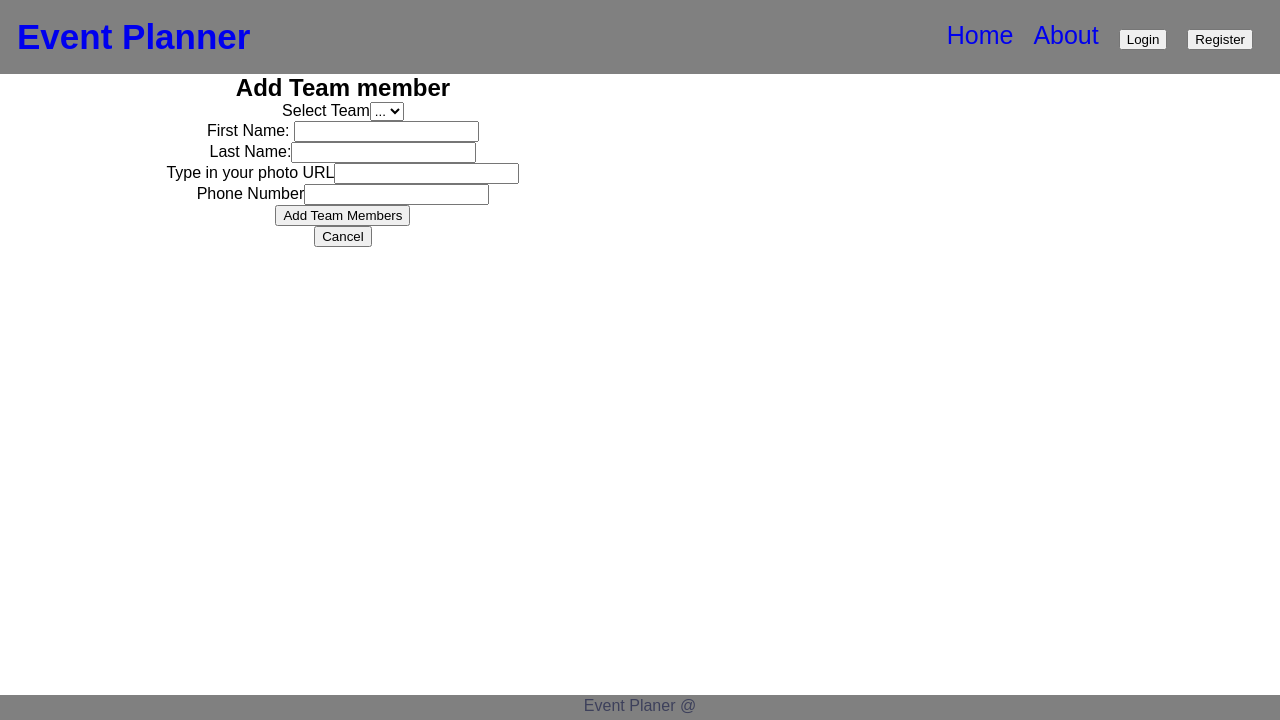
Repository: mhyder1/planner-client
Page: /add-team-member
The author's editor kept a copy of each file at every save. The page is drawn from the files as they stood at one save, then again after the next save.
The browser window is 1280 px wide. The pictures show the whole page.
The page's requests for data from a server got no answer. The project was rebuilt for these pictures with package versions that can differ from the ones it lists, and the page was loaded fresh each time. No one was signed in, and anything a server would have sent is missing. Also part of the build but not shown: src/Components/About/About.js, src/Services/AuthAPIService.js, src/Components/Login/Login.js, src/Components/Register/Register.js, src/Components/Header/Header.js, src/Components/Features/Features.js, src/DummyStore/DummyStore.js, src/Components/ProfilePic/ProfilePic.js and 11 more.

Above is the page before, as saved 2021-01-19 18:19:52.

### src/index.js
import React from 'react';
import ReactDOM from 'react-dom';
import App from './App';
import { BrowserRouter } from "react-router-dom";


ReactDOM.render(
  <BrowserRouter>
    <App />
  </BrowserRouter>,
  document.getElementById('root')
);

### src/App.js
import React from "react";
import { Route } from "react-router-dom";
import "./App.css";

import Nav from "./Components/Nav/Nav";
import About from "./Components/About/About";
import Login from "./Components/Login/Login";
import Register from "./Components/Register/Register";
import Header from "./Components/Header/Header";
import Features from "./Components/Features/Features";
import Footer from "./Components/Footer/Footer";
import ProfilePic from "./Components/ProfilePic/ProfilePic";
import EventsList from "./Components/EventsList/EventsList";
import TeamEventsList from "./Components/TeamEventsList/TeamEventsList";
import Event from "./Components/Event/Event";
import EditEvent from "./Components/EditEvent/EditEvent";
import TeamList from "./Components/TeamList/TeamList";
import AddTeamMember from "./Components/AddTeamMember/AddTeamMember";
import CalendarView from "./Components/Calendar/Calendar";
import AddEvent from "./Components/AddEvent/AddEvent";
import TokenService from "./Services/TokenService";
import config from  "./Config/Config"
import AddTeam from "./Components/AddTeam/AddTeam"
import ProfileContactInfo from "./Components/ProfileContactInfo/ProfileContactInfo"
import TeamMember from "./Components/TeamMember/TeamMember";

export default class App extends React.Component {
  state = {
    isLoggedIn: false,
    events: [],
    user: {
      user_id: "",
      email: "",
      firstName: "",
    },
    teams: [],
    teamMembers: [],
  };

  setUser = (user) => {
    this.setState({
      user: {
        user_id: user.id,
        email: user.email,
        firstName: user.first_name,
      },
    });
  };

  createTeam = (newTeam) => {
    this.setState({
      teams: newTeam,
    });
  };

  setUserTeams = (teams) => {
    this.setState({
      teams: teams,
    });
  };

  setUserTeamMembers = (tmembers) => {
    this.setState({
      teamMembers: tmembers,
    });
  };

  createEvent = (event) => {
    this.setState({
      events: [...this.state.events, event],
    });
  };

  updateEvent = (updatedEvent) => {
    this.setState({
      events: this.state.events.map((e) =>
        e.id !== updatedEvent.id ? e : updatedEvent
      ),
    });
  };

  // Gets events created by you
  setUserEvents = (events) => {
    this.setState({
      events: events,
    });
  };

  // Gets events for teams you're a team member of
  setTeamMemberEvents = (events) => {
    this.setState({
      events: [...this.state.events, ...events],
    });
  };

   deleteEvent = (eventId) => {
     const newEvents = this.state.events.filter((event) => event.id !== eventId);
     this.setState({
       events:newEvents,
     })
   }

  handleLogin = () => {
    this.setState({
      isLoggedIn: true,
    });
  };

  handleLogout = () => {
    TokenService.clearAuthToken();
    this.setState({
      events: [],
      team: [],
    });
  };

  componentDidMount() {
    fetch(`${config.REACT_APP_API_BASE_URL}/events`)
    .then((res) => res.json())
    .then((events) => this.setState({events}));

    fetch(`${config.REACT_APP_API_BASE_URL}/teams`)
    .then((res) => res.json())
    .then((teams) => this.setState({teams}));
  }

  render() {
    return (
      <div className="App">
        <Route
          path="/"
          render={(props) => (
            <Nav {...props} {...this.state} handleLogout={this.handleLogout} />
          )}
        />

        <Route exact path="/" component={Header} />
        <Route exact path="/about" component={About} />
        <Route
          exact
          path="/login"
          render={(props) => (
            <Login {...props} handleLogin={this.handleLogin} />
          )}
        />

        <Route exact path="/register" component={Register} />
        <main>
          <section className="main-dashboard">
            <Route exact path="/dashboard" component={ProfilePic} />
             <Route
              exact
              path="/dashboard"
              render={(props) => (
                <ProfileContactInfo
                   {...props}
                  {...this.state}
                   setUserEvents={this.setUserEvents}
                   setTeamMemberEvents={this.setTeamMemberEvents}
                    setUser={this.setUser}
                  setUserTeams={this.setUserTeams}
                  setUserTeamMembers={this.setUserTeamMembers}
               />
             )}
            />
          </section>
          <section className="main-events">
            <Route
              exact
              path={["/events", "/events/:id", "/add-event"]}
              render={(props) => <EventsList {...props} {...this.state} />}
            />
            <Route
              exact
              path={["/tm-events", "/tm-events/:id"]}
              render={(props) => <TeamEventsList {...props} {...this.state} />}
            />
            <Route
              exact
              path={["/events", "/events/:id", "/tm-events", "/tm-events/:id"]}
              render={(props) =>
              <Event
              {...props}
              deleteEvent={this.deleteEvent}
              {...this.state} />}
            />
            <Route
              exact
              path="/add-event"
              render={(props) => (
                <AddEvent
                  {...this.state}
                  createEvent={this.createEvent}
                  {...props}
                />
              )}
            />
            <Route
              exact
              path="/edit-event/:id"
              render={(props) => (
                <EditEvent {...props} updateEvent={this.updateEvent} />
              )}
            />
          </section>
          <section className="main-team">
            <Route
              exact
              path={["/teams", "/teams/team-member/:id"]}
              render={(props) => <TeamList {...props}
              // createTeam ={this.createTeam}
              {...this.state} />}
            />
            <Route
              exact
              path={["/teams", "/teams/team-member/:id"]}
              render={(props) => <TeamMember {...props} {...this.state} />}
            />
            <Route
              exact
              path={["/add-team"]}
              render={(props) => <AddTeam {...props}
              createTeam={this.createTeam}
              {...this.state} />}
            />
            <Route
              exact
              path="/add-team-member"
              render={(props) => <AddTeamMember {...props} {...this.state} />}
            />
            {/* <Route
              exact
              path={["/invite-page", "/invite-page/:id"]}
              component={InviteLandingPage}
            /> */}
          </section>
          <section className="main-calendar">
            <Route
              exact
              path="/calendar"
              render={(props) => <CalendarView {...props} {...this.state} />}
            />
          </section>

          <Route exact path="/" component={Features} />
          <Route path="/" component={Footer} />
        </main>
      </div>
    );
  }
}

### src/App.css
* {
    box-sizing: border-box;
    font-family: sans-serif;
    margin: 0;
}

.App {
    text-align: center;
    margin: 0;
    padding: 0;
    height: 100%;
}


/* Nav Bar - Public Route / Landing Page */

.nav-home {
    border: grey solid 2px;
    background-color: grey;
    padding: 15px;
    font-size: 30px;
    width: 100%;
    display: flex;
    justify-content: space-between;
    flex-wrap: wrap;
}

nav h1 {
    font-size: 35px;
}

.nav-links a {
    margin: 10px;
    font-size: 25px;
}

nav h1,
nav a {
    text-decoration: none;
}

nav a:hover {
    color: white;
}

nav a:visited {
    color: black;
}


/* About page */

.about-ul {
    list-style-type: none;
    padding: 0;
}


/* Events Main */

.main-events {
    display: flex;
    margin-left: 13%;
}


/* Event */

.event-view {
    flex: 3;
    display: flex;
    justify-content: center;
}

.event-view-selected {
    border: solid grey 2px;
    width: 95%;
    margin-top: 20px;
    background: #e0e0e0;
    height: 100%;
}


/* Events Mobile View */

@media screen and (min-width: 320px) and (max-width: 768px) {
    .main-events {
        display: block;
        margin: 0 auto;
    }
}

@media screen and (max-width: 768px) {
    .events-desktop {
        display: none;
    }
    .event-view {
        display: none;
    }
}


/* Add Event View */

.add-event-view {
    flex: 3 1;
    display: flex;
    justify-content: center;
    flex-direction: column;
    align-items: center;
    border: solid grey 2px;
}

.add-event-form {
    display: flex;
    flex-direction: column;
    width: 50%;
}

.event-sidebar-hidden {
    display: none;
}


/* Header / Landing Page */

header {
    display: flex;
    justify-content: center;
    margin: 100px auto;
    flex-direction: row;
    max-width: 1200px;
}

.hero {
    border: 2px solid grey;
    margin: 15px 2.5%;
    padding: 150px;
    flex-basis: 45%;
    box-sizing: border-box;
    background-color: #e5e5e5;
}


/* EventList */

.event-sidebar {
    flex: 1;
}

.event-sidebar ul {
    list-style-type: none;
    padding: 0;
}

.event-sidebar h3 {
    border: solid grey 2px;
    padding: 20px;
    margin: 15px;
}


/* Modal */

.modal {
    position: fixed;
    top: 0;
    left: 0;
    width: 100%;
    height: 100%;
    background: rgba(6, 5, 5, 0.056);
}

.modal-main {
    position: fixed;
    background: #f8f8f8;
    width: 80%;
    height: 75%;
    top: 50%;
    left: 50%;
    transform: translate(-50%, -50%);
}

.modal-main h2 {
    margin-top: 25px;
}

.display-block {
    display: block;
}

.display-none {
    display: none;
}

.view-modal-button {
    padding: 7px;
    margin: 5px;
    background: none;
    border: none;
    font-size: 20px;
}

.modal-photo {
    margin: 20px;
    object-fit: cover;
    border: grey solid 2px;
    width: 200px;
    height: 200px;
}

@media screen and (min-width: 769px) {
    .view-modal {
        display: none;
    }
}


/* CalendarView */

.main-calendar {
    width: 70%;
    margin: 0 auto;
    height: 50%;
}


/* Dashboard Nav / Logged In */

.dashboard-menu {
    color: white;
    height: 100%;
    width: 160px;
    position: fixed;
    z-index: 1;
    top: 0;
    left: 0;
    background-color: #111;
    overflow-x: hidden;
    padding-top: 20px;
}

.dashboard-menu h2 {
    padding: 6px 8px 6px 16px;
    text-decoration: none;
    font-size: 25px;
    color: #818181;
    display: block;
}

.dashboard-menu ul {
    list-style-type: none;
    padding: 0;
    text-align: left;
    padding-left: 5px;
}

.dashboard-menu a:visited {
    color: #818181;
}

@media screen and (min-width: 320px) and (max-width: 768px) {
    .dashboard-menu {
        width: 100%;
        position: unset;
        display: flex;
        flex-wrap: wrap;
        justify-content: space-between;
        align-items: center;
    }
    .dashboard-menu ul {
        display: flex;
        flex-wrap: wrap;
    }
}


/* Register */

.register-section {
    display: flex;
    flex-direction: column;
    align-items: center;
}

.register-form {
    display: flex;
    flex-direction: column;
    width: 15%;
    border: grey 2px solid;
    padding: 10px;
}

@media screen and (min-width: 320px) and (max-width: 768px) {
    .register-form {
        display: flex;
        flex-direction: column;
        width: 60%;
    }
}


/* Main Team */

.main-team {
    display: flex;
    margin-left: 13%;
}


/* Team Sidebar */

.team-sidebar {
    flex: 1;
}

.team-sidebar h3 {
    border: solid grey 2px;
    padding: 20px;
    margin: 15px;
}

.team-sidebar ul {
    list-style-type: none;
    padding: 0;
}


/* Team Member */

.team-view {
    flex: 3;
    display: flex;
    justify-content: center;
}


/* Team View Mobile */

@media screen and (max-width: 768px) {
    .team-view,
    .team-desktop {
        display: none;
    }
    .main-team {
        display: block;
        margin: 0 auto;
    }
}

.team-member-selected {
    border: solid grey 2px;
    width: 95%;
    margin-top: 20px;
    background: #e0e0e0;
}

.member-photo {
    width: 300px;
    height: 300px;
    margin: 20px;
    object-fit: cover;
    border: grey solid 2px;
}


/* Features / Landing Page */

.features {
    display: flex;
    flex-wrap: wrap;
    justify-content: space-around;
    background-color: #e5e5e5;
    padding: 250px;
}

.feature-1,
.feature-2,
.feature-3 {
    border: grey 2px solid;
    padding: 85px;
}

@media screen and (min-width: 320px) and (max-width: 768px) {
    header {
        flex-direction: column;
        margin: 35px auto;
    }
    .hero {
        padding: 80px;
    }
    .features {
        padding: 150px;
    }
}


/* Footer */

.footer {
    border: grey 2px solid;
    background-color: grey;
    color: #3d405b;
    height: 25px;
    position: fixed;
    bottom: 0;
    width: 100%;
}

### src/Components/Nav/Nav.js
import React from "react";
import TokenService from "../../Services/TokenService";
import { Link } from "react-router-dom";

export default class Nav extends React.Component {
  handleLogout = (e) => {
    e.preventDefault();
    this.props.handleLogout(e);
    this.props.history.push("/");
  };

  render() {
    return (
      <nav>
        {!TokenService.hasAuthToken() ? (
          <>
            <div className="nav-home">
              <div className="nav-logo">
                <h1>
                  <Link to="/">Event Planner</Link>
                </h1>
              </div>
              <div className="nav-links">
                <Link to="/">Home</Link>
                <Link to="/about">About</Link>
                <Link to="/login">
                  <button>Login</button>
                </Link>
                <Link to="/register">
                  <button>Register</button>
                </Link>
              </div>
            </div>
          </>
        ) : (
          <div id="main-menu" className="dashboard-menu">
            <h1>
              <Link to="/dashboard">Event Planner</Link>
            </h1>
            <ul>
              <li>
                <h2>
                  <Link to="/dashboard">Home</Link>
                </h2>
              </li>
              <li>
                <h2>
                  <Link to="/calendar">Calendar</Link>
                </h2>
              </li>
              <li>
                <h2>
                  <Link to="/events">Events</Link>
                </h2>
              </li>
              <li>
                <Link to="/add-event">+ Event</Link>
              </li>

              <li>
                <h2>
                  <Link to="/teams">Teams</Link>
                </h2>
              </li>
              <li>
                <Link to="/add-team">+ Team</Link>
              </li>
              <li>
                <h2>
                  <button onClick={(e) => this.handleLogout(e)}>Log Out</button>
                </h2>
              </li>
            </ul>
          </div>
        )}
      </nav>
    );
  }
}

### src/Components/Footer/Footer.js
import React from "react";

export default function Footer() {
    return <footer className="footer">Event Planer @</footer>;
}

### src/Components/AddTeamMember/AddTeamMember.js
import React from "react";
import { Link } from "react-router-dom";
import config from "../../Config/Config";
import TokenService from "../../Services/TokenService";

export default class AddTeamMember extends React.Component {

  handleAddTeamMember = (e) => {

  }

  render() {
    // console.log(this.props.team && this.props.match.id)
    const { teams } = this.props
    return(
      <>
        <div>
            <h2>Add Team member</h2>
              <form
                  onSubmit={(e) => this.handleAddTeamMember(e)}
              >
                <label htmlFor='teams'>Select Team</label>
                  <select id="teams" name="teams">
                    <option value="">...</option>
                    {
                      teams.map(team => (
                        <option value={team.id}>{team.title}</option>
                      ))
                    }
                  </select>
                  <br />
                <label>First Name: </label>
                <input type="text" name="first_name" require/>
                <br />
                <label>Last Name:</label>
                <input type="text" name="last_name" require/>
                <br />
                <label>Type in your photo URL</label>
                <input type="url" name="profile_image" />
                <br />
                <label htmlFor="phone">Phone Number</label>
                <input type="tel" name="phone_number" />
                <br />
                <button type="submit">Add Team Members</button>
              </form>
              <div>
                <button onClick={this.handleCancel}>Cancel</button>
              </div>
          </div>
      </>
    )


  }
}

// export default class AddTeamMember extends React.Component {
//   state = {
//     senderName: "",
//     recipient: "",
//     sender: "",
//     inviteSentMessage: "",
//     sent: false,
//   };

//   componentDidMount() {
//     this.setState({
//       senderName: this.props.user.firstName,
//       sender: "thanki.monika@gmail.com",
//       // sender: this.props.user.email,
//     });
//   }

//   /* Need to add some kind of confirmation if email is successfully sent */
//   handleAddTeamMember = (e) => {
//     e.preventDefault();
//     // const recipient = this.state.recipient;
//     const recipient = "thanki.monika@gmail.com";
//     const sender = this.state.sender;
//     const name = this.state.senderName;
//     const email = { recipient, sender, name };
//     this.setState({
//       inviteSentMessage: `Invite to ${recipient} sent!`,
//       sent: true,
//     });

//     fetch(`${config.REACT_APP_API_BASE_URL}/emails`, {
//       method: "POST",
//       body: JSON.stringify(email),
//       headers: {
//         "content-type": "application/json",
//         Authorization: `Bearer ${TokenService.getAuthToken()}`,
//       },

//     });
//   };

//   getTeamMemberEmail = (e) => {
//     const teamMemberEmail = e.target.value;
//     this.setState({
//       recipient: teamMemberEmail,
//     });
//   };

//   handleCancel = () => {
//     this.props.history.goBack("/teams");
//   };

//   render() {
//     return (
//       <>
//         <div className="add-team-member-view">
//           <h2>Add a Team Member</h2>
//           <p>Team members can only see events they've joined.</p>
//           <p>
//             Once your team member creates an account, you can <br /> send them
//             an invitation to your event.
//           </p>
//           {this.state.sent === true ? (
//             <>
//               <p>{this.state.inviteSentMessage}</p>
//               <Link to="/dashboard">
//                 <button>Return to dashboard</button>
//               </Link>
//             </>
//           ) : (
//             ""
//           )}
//           <form
//             onSubmit={(e) => this.handleAddTeamMember(e)}
//             className="add-team-member-form"
//           >
//             <label>Email address</label>
//             <input
//               onChange={(e) => this.getTeamMemberEmail(e)}
//               type="text"
//               name="email"
//             />
//             <button type="submit">Send email invitation</button>
//           </form>
//           <div>
//             <button onClick={this.handleCancel}>Cancel</button>
//           </div>
//         </div>
//       </>
//     );
//   }
// }

### src/Services/TokenService.js
import jwtDecode from 'jwt-decode'
import Config from '../Config/Config'

let _timeoutId
const _TEN_SECONDS_IN_MS = 10000

const TokenService = {
    saveAuthToken(token) {
        window.localStorage.setItem(Config.TOKEN_KEY, token)
    },
    getAuthToken() {
        return window.localStorage.getItem(Config.TOKEN_KEY)
    },
    clearAuthToken() {
        console.info('clearing the auth token')
        window.localStorage.removeItem(Config.TOKEN_KEY)
    },
    hasAuthToken() {
        return !!TokenService.getAuthToken()
    },
    makeBasicAuthToken(email, password) {
        return window.btoa(`${email}:${password}`)
    },
    parseJwt(jwt) {
        return jwtDecode(jwt)
    },
    readJwtToken() {
        return TokenService.parseJwt(TokenService.getAuthToken())
    },
    _getMsUntilExpiry(payload) {
        /*
          payload is from the JWT
          the `exp` value is in seconds, need to convert to ms, so * 1000
          calculates the difference between now and when the JWT will expire
        */
        return (payload.exp * 1000) - Date.now()
    },
    queueCallbackBeforeExpiry(callback) {
        /* get the number of ms from now until the token expires */
        const msUntilExpiry = TokenService._getMsUntilExpiry(
            TokenService.readJwtToken()
        )
        /*
          queue a callback that will happen 10 seconds before the token expires
          the callback is passed in as an argument so could be anything,
            in this app, the callback is for calling the refresh endpoint
        */
        _timeoutId = setTimeout(callback, msUntilExpiry - _TEN_SECONDS_IN_MS)
    },
    clearCallbackBeforeExpiry() {
        clearTimeout(_timeoutId)
    },
}

export default TokenService

### src/Config/Config.js
export default {
    REACT_APP_API_BASE_URL: "http://localhost:8000/api",
    TOKEN_KEY:"event-planner-auth"
  };

Loaded but not shown: public/index.html (common file)

After the next save:
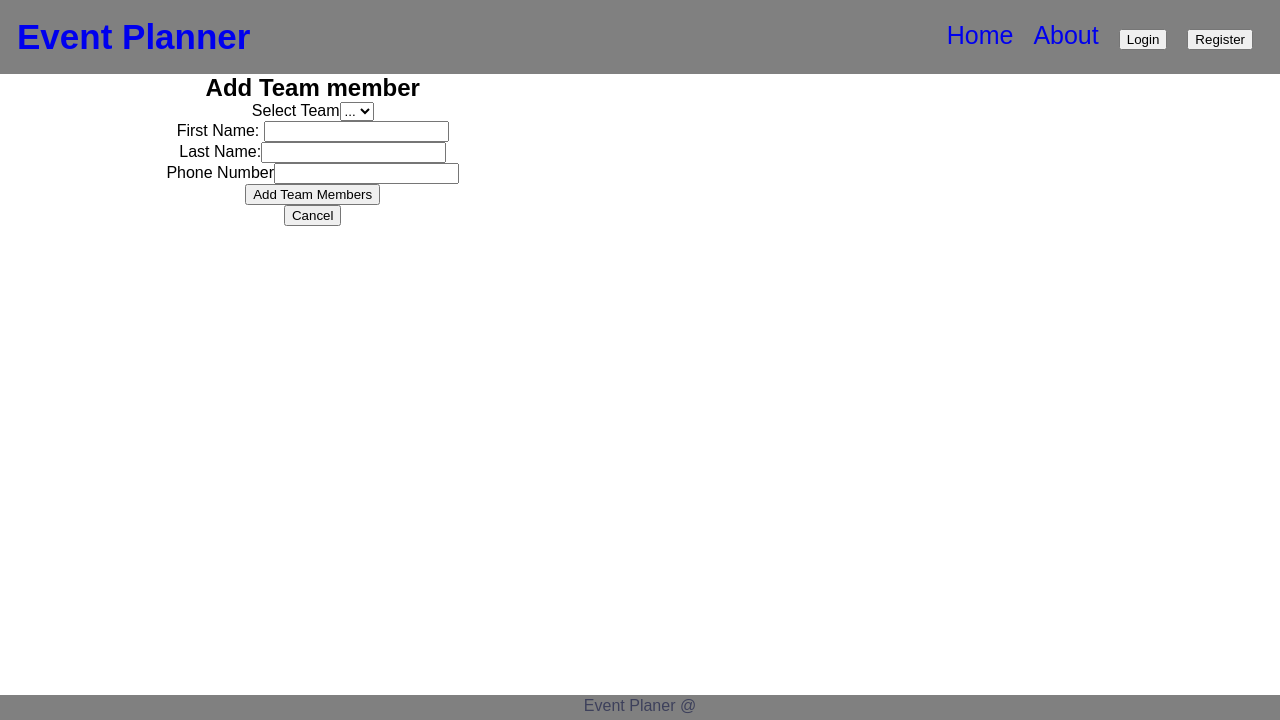
Saved 34 s later.
--- a/src/Components/AddTeamMember/AddTeamMember.js
+++ b/src/Components/AddTeamMember/AddTeamMember.js
@@ -35,9 +35,9 @@ export default class AddTeamMember extends React.Component {
                 <label>Last Name:</label>
                 <input type="text" name="last_name" require/>
                 <br />
-                <label>Type in your photo URL</label>
+                {/* <label>Type in your photo URL</label>
                 <input type="url" name="profile_image" />
-                <br />
+                <br /> */}
                 <label htmlFor="phone">Phone Number</label>
                 <input type="tel" name="phone_number" />
                 <br />
